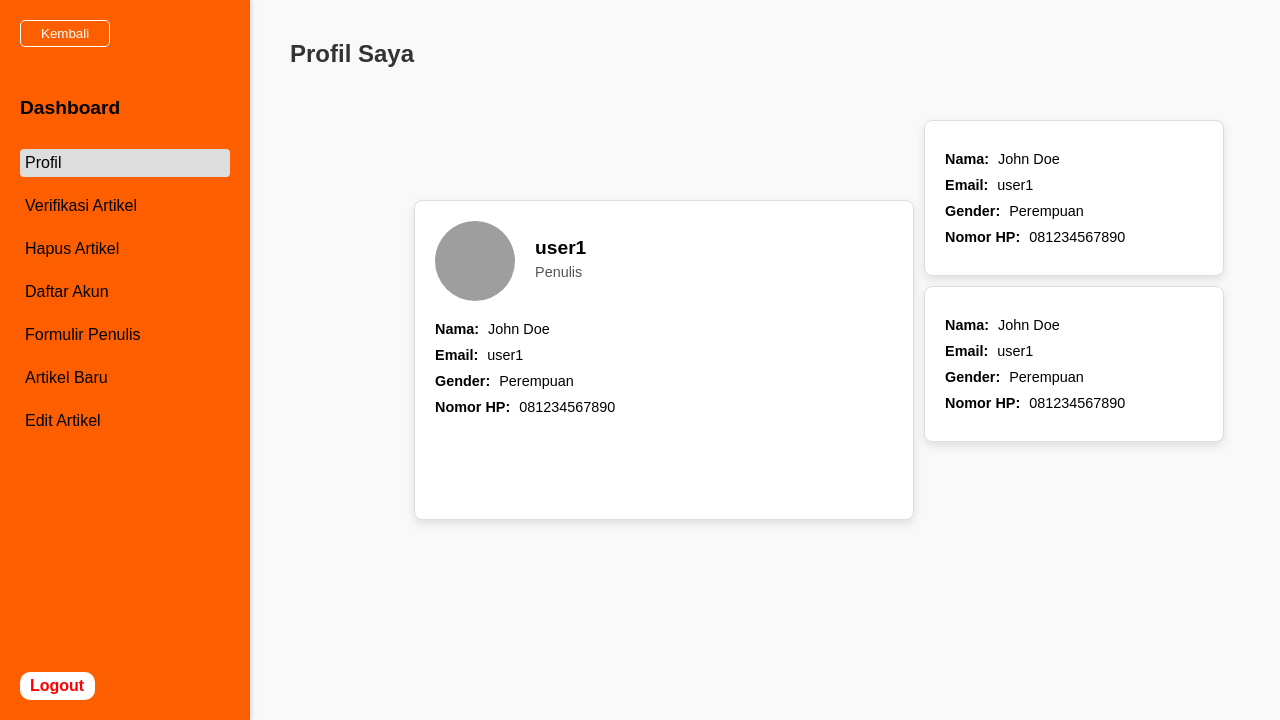
Repository: novalArd/Website_Berita_360News
Page: http://localhost/tes/Profile.php
These files come from the project's save history. The page is drawn as it stood at one moment and after the next save; the edit follows.
The browser window is 1280 px wide. The pictures show the whole page.
Pictures or frames that could not be fetched are drawn as grey boxes. The page is run by PHP 8.4 with error messages shown; the project is at /var/www/html/. The session is filled in as if someone had signed in: {"user_id": 1, "username": "user1", "role": "admin", "nama_lengkap": "John Doe", "jenis_kelamin": "", "nomor_hp": "081234567890"}. Other server files are loaded and not shown. The database holds what the project's SQL file puts in it.

Above is the page before, as saved 2024-12-16 23:59:27.

### tes/Profile.php
<?php
session_start();
if (!isset($_SESSION['user_id'])) {
    header('Location: ../pagelogin.html'); // Redirect jika belum login
    exit;
}

require '../database.php'; // Jalur diperbarui untuk mengakses database.php dari folder tes

// Ambil data pengguna dari database berdasarkan sesi
$stmt = $conn->prepare("SELECT * FROM users WHERE id = :id");
$stmt->execute(['id' => $_SESSION['user_id']]);
$user = $stmt->fetch(PDO::FETCH_ASSOC);

if (!$user) {
    echo "Pengguna tidak ditemukan.";
    exit;
}
?>

<!DOCTYPE html>
<html lang="id">
<head>
  <meta charset="UTF-8">
  <meta name="viewport" content="width=device-width, initial-scale=1.0">
  <title>Profil Saya</title>
  <link rel="stylesheet" href="profile.css?v=1.0">
</head>
<body>
  <div class="container">
    <!-- Sidebar -->
    <aside class="sidebar">
      <div class="kembali-btn">
        <button>Kembali</button>
      </div>
    <h3>Dashboard</h3>
      <ul>
        <?php if ($_SESSION['role'] === 'admin'): ?>
        <!-- Menu untuk admin -->
        <li><a id="profil" href="admin.php">Profil</a></li>
        <li><a id="verifikasiArtikel" href="verifikasi.php">Verifikasi Artikel</a></li>
        <li><a id="hapusArtikel" href="hapus_artikel.php">Hapus Artikel</a></li>
        <li><a id="daftarAkun" href="daftar_akun.php">Daftar Akun</a></li>
        <li><a id="formulirPenulis" href="form_penulis.php">Formulir Penulis</a></li>
        <li><a id="artikelBaru" href="artikel_baru.php">Artikel Baru</a></li>
        <li><a id="editArtikel" href="edit_artikel.php">Edit Artikel</a></li>
        <?php elseif ($_SESSION['role'] === 'penulis'): ?>
        <!-- Menu untuk penulis -->
        <li><a id="profil" href="Profile.php">Profile</a></li>
        <li><a id="tambahArtikel" href="Tambah.php">Tambah Artikel</a></li>
        <li><a id="editArtikel" href="edit_artikel.php">Edit Artikel</a></li>
        <li><a id="artikelSaya" href="artikel_saya.php">Artikel Saya</a></li>
        <li><a id="hapusArtikel" href="hapus_artikel.php">Hapus Artikel</a></li>
        <?php endif; ?>
      </ul>
    <a href="../logout.php" class="logout">Logout</a>
  </aside>

    <!-- Main Content -->
    <main class="main-content">
      <h2>Profil Saya</h2>
      <div class="profile-card" id="profil-nama">
        <div class="profile-header">
          <img src="profile-pic.jpg" alt="Foto Profil" class="profile-img">
          <div>
            <h3><?php echo htmlspecialchars($user['username']); ?></h3>
            <p>Penulis</p>
          </div>
        </div>
        <div class="profile-details">
          <p><strong>Nama:</strong> <?php echo htmlspecialchars($user['nama_lengkap']); ?></p>
          <p><strong>Email:</strong> <?php echo htmlspecialchars($user['username']); ?></p>
          <p><strong>Gender:</strong> <?php echo $user['jenis_kelamin'] == 'L' ? 'Laki-laki' : 'Perempuan'; ?></p>
          <p><strong>Nomor HP:</strong> <?php echo htmlspecialchars($user['nomor_hp']); ?></p>
        </div>
      </div>
      <div class="profile-2">
      <div class="profile-card">
        <div class="profile-details">
          <p><strong>Nama:</strong> <?php echo htmlspecialchars($user['nama_lengkap']); ?></p>
          <p><strong>Email:</strong> <?php echo htmlspecialchars($user['username']); ?></p>
          <p><strong>Gender:</strong> <?php echo $user['jenis_kelamin'] == 'L' ? 'Laki-laki' : 'Perempuan'; ?></p>
          <p><strong>Nomor HP:</strong> <?php echo htmlspecialchars($user['nomor_hp']); ?></p>
        </div>
      </div>
      <div class="profile-card">
        <div class="profile-details">
          <p><strong>Nama:</strong> <?php echo htmlspecialchars($user['nama_lengkap']); ?></p>
          <p><strong>Email:</strong> <?php echo htmlspecialchars($user['username']); ?></p>
          <p><strong>Gender:</strong> <?php echo $user['jenis_kelamin'] == 'L' ? 'Laki-laki' : 'Perempuan'; ?></p>
          <p><strong>Nomor HP:</strong> <?php echo htmlspecialchars($user['nomor_hp']); ?></p>
        </div>
      </div>
      </div>
    </main>
  </div>
</body>
</html>

### database.php
<?php
$host = 'localhost';
$dbname = 'news_management';
$username = 'root'; // Sesuaikan dengan username database Anda
$password = ''; // Sesuaikan dengan password database Anda

try {
    // Membuat koneksi ke database menggunakan PDO
    $conn = new PDO("mysql:host=$host;dbname=$dbname", $username, $password);
    $conn->setAttribute(PDO::ATTR_ERRMODE, PDO::ERRMODE_EXCEPTION);
} catch (PDOException $e) {
    // Menampilkan pesan jika koneksi gagal
    echo "Connection failed: " . $e->getMessage();
    die();
}

// Fungsi untuk memeriksa keberadaan pengguna dalam database tanpa hashing password
function checkUser($username, $password) {
    global $conn;
    $stmt = $conn->prepare("SELECT * FROM users WHERE username = :username AND password = :password"); // Query SQL untuk mencari username dan password
    $stmt->execute(['username' => $username, 'password' => $password]);
    $user = $stmt->fetch(PDO::FETCH_ASSOC);

    return $user ? $user : false; // Mengembalikan data pengguna jika ditemukan, false jika tidak
}
?>

### tes/profile.css
/* Reset CSS */
* {
  margin: 0;
  padding: 0;
  box-sizing: border-box;
}
/* General Styles */
body {
  margin: 0;
  font-family: Arial, sans-serif;
  background-color: #f9f9f9;
  display: flex;
}

.container {
  display: flex;
  width: 100%;
  height: 100vh;
}

/* Sidebar */
.sidebar {
  background-color: #FD5F00;
  width: 250px;
  padding: 20px;
  display: flex;
  flex-direction: column;
  box-shadow: 2px 0 5px rgba(0, 0, 0, 0.1);
}

.sidebar .kembali-btn button {
  padding: 5px 20px;
  border: 1px solid white;
  color: white;
  background-color: #FD5F00;
  border-radius: 5px;
  transition: all 0.2s ease-in-out;
}

.sidebar .kembali-btn button:hover {
  color: black;
  background-color: white;
  border: 1px solid white;
  cursor: pointer;
}

.sidebar h3 {
  font-size: 1.2em;
  margin-bottom: 30px;
  margin-top: 50px;
}

.sidebar ul {
  list-style: none;
  padding: 0;
  margin: 0;
}

.sidebar ul li {
  margin-bottom: 15px;
}

.sidebar ul li a {
  text-decoration: none;
  color: black;
  font-size: 1em;
  padding: 5px;
  display: block;
  transition: background-color 0.3s ease;
}

.sidebar ul li #profil {
  background-color: #ddd;
  border-radius: 4px;
}

.sidebar ul li a:hover {
  background-color: #ddd;
  border-radius: 4px;
}

.logout {
  width: 75px;
  margin-top: auto;
  color: red;
  background-color: white;
  font-weight: bold;
  text-decoration: none;
  padding: 5px 10px;
  display: inline-block;
  border-radius: 10px;
}

.logout:hover {
  background-color: #fdd;
  border-radius: 10px;
}

/* Main Content */
.main-content {
  display: flex;
  padding: 40px;
}

.main-content h2 {
  margin-bottom: 20px;
  font-size: 1.5em;
  color: #333;
  text-align: center;
  margin-bottom: 20px;
}

/* Profile Card */
.profile-card {
  background-color: #fff;
  border: 1px solid #ddd;
  border-radius: 8px;
  box-shadow: 0 4px 10px rgba(0, 0, 0, 0.1);
  padding: 20px;
  max-width: 600px;
  width: 500px;
  margin: auto;
}

.container #profil-nama {
  height: 320px;
}

.profile-2 {
  margin-top: 70px;
}

.profile-2 .profile-card {
  margin: 10px;
  width: 300px;
}

.profile-header {
  display: flex;
  align-items: center;
  margin-bottom: 20px;
}

.profile-img {
  width: 80px;
  height: 80px;
  border-radius: 50%;
  margin-right: 20px;
}

.profile-header h3 {
  margin: 0;
  font-size: 1.2em;
}

.profile-header p {
  margin: 5px 0;
  color: #555;
  font-size: 0.9em;
}

.profile-details p {
  margin: 10px 0;
  font-size: 0.9em;
}

.profile-details p strong {
  font-weight: bold;
  margin-right: 5px;
}

.article-form {
  background-color: #fff;
  padding: 20px;
  border-radius: 8px;
  box-shadow: 0 4px 10px rgba(0, 0, 0, 0.1);
  max-width: 600px;
  margin: auto;
}

.form-group {
  margin-bottom: 20px;
}

.form-group label {
  display: block;
  margin-bottom: 8px;
  font-weight: bold;
}

.form-group input,
.form-group textarea,
.form-group select {
  width: 100%;
  padding: 10px;
  font-size: 1em;
  border: 1px solid #ddd;
  border-radius: 4px;
  box-sizing: border-box;
}

textarea {
  resize: none;
}

.btn-submit {
  background-color: #4CAF50;
  color: #fff;
  border: none;
  padding: 10px 20px;
  font-size: 1em;
  border-radius: 4px;
  cursor: pointer;
  transition: background-color 0.3s ease;
}

.btn-submit:hover {
  background-color: #45a049;
}

.form-group select {
  width: 100%;
  padding: 10px;
  font-size: 1em;
  border: 1px solid #ddd;
  border-radius: 4px;
  box-sizing: border-box;
  margin-bottom: 10px;
}

### news_management.sql (the tables this page reads)
CREATE TABLE `users` (
  `id` int(11) NOT NULL,
  `username` varchar(255) NOT NULL,
  `password` varchar(255) NOT NULL,
  `role` enum('admin','penulis','pengguna') DEFAULT 'pengguna',
  `nama_lengkap` varchar(255) NOT NULL,
  `jenis_kelamin` enum('L','P') NOT NULL,
  `nomor_hp` varchar(15) NOT NULL,
  `email` varchar(100) DEFAULT NULL,
  `created_at` datetime NOT NULL DEFAULT current_timestamp()
) ENGINE=InnoDB DEFAULT CHARSET=utf8mb4 COLLATE=utf8mb4_general_ci;

INSERT INTO `users` (`id`, `username`, `password`, `role`, `nama_lengkap`, `jenis_kelamin`, `nomor_hp`, `email`, `created_at`) VALUES
(1, 'user1', 'password123', 'admin', 'John Doe', '', '081234567890', NULL, '2024-12-13 14:24:59'),
(2, 'user2', 'mypassword', 'admin', 'Jane Doe', '', '082345678901', NULL, '2024-12-13 14:24:59'),
(3, 'user3', 'alexpass', 'admin', 'Alex Smith', '', '083456789012', NULL, '2024-12-13 14:24:59'),
(4, 'admin01', 'password123', 'admin', 'Admin Satu', 'L', '081234567890', 'admin01@example.com', '2024-12-13 14:26:12'),
(5, 'Alex', 'password123', 'penulis', 'Alex Hunter', 'L', '082345678901', 'penulis01@example.com', '2024-12-13 14:26:12'),
(6, 'Edho', 'password123', 'penulis', 'Penulis Dua', 'L', '083456789012', 'penulis02@example.com', '2024-12-13 14:26:12'),
(7, 'EdhoGanteng', '1234', 'pengguna', 'Agustino Edward', 'L', '082123234331', 'edho@gmail.com', '2024-12-24 04:21:20'),
(8, 'Ferry', '1234', 'pengguna', 'Josua', 'L', '', 'sted.se@anup1.com', '2024-12-31 01:01:48');

ALTER TABLE `users`
  ADD PRIMARY KEY (`id`),
  ADD UNIQUE KEY `username` (`username`),
  ADD UNIQUE KEY `email` (`email`);

ALTER TABLE `users`
  MODIFY `id` int(11) NOT NULL AUTO_INCREMENT, AUTO_INCREMENT=9;

After the next save:
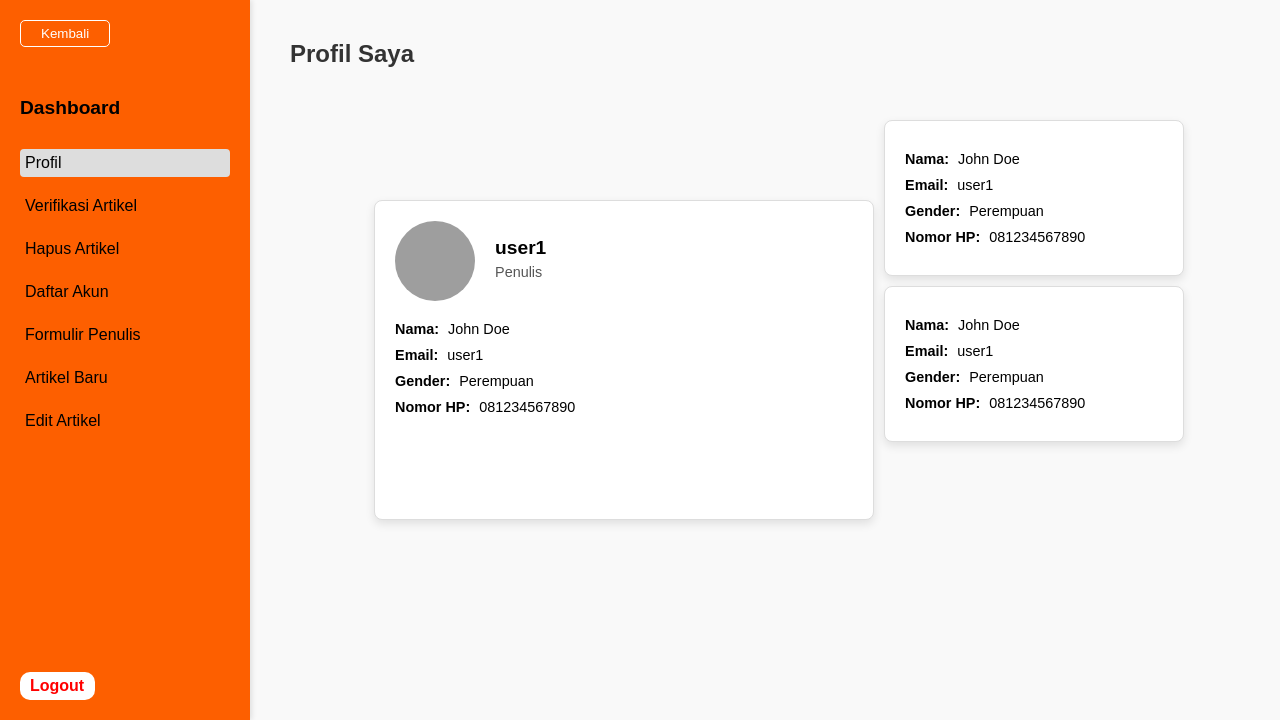
Saved 23 s later.
--- a/tes/profile.css
+++ b/tes/profile.css
@@ -108,6 +108,7 @@ body {
   color: #333;
   text-align: center;
   margin-bottom: 20px;
+  margin-right: -40px;
 }
 
 /* Profile Card */
